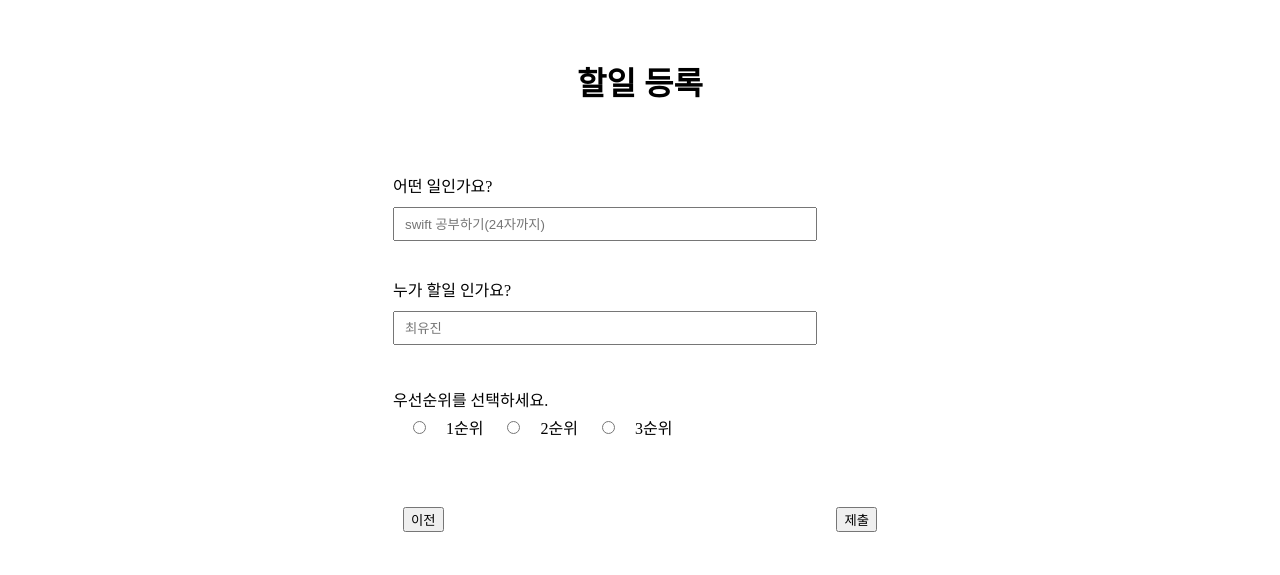
Repository: estellechoi/jsp-project-todo
Page: http://localhost/todo/jsp/form.jsp
These files come from the project's save history. The page is drawn as it stood at one moment and after a run of saves; the edit follows.
The browser window is 1280 px wide. The pictures show the whole page.
The page is served by Tomcat 9. Other server files are loaded and not shown.

Above is the page before, as saved 2019-12-08 07:16:42.

### todo/src/main/webapp/jsp/form.jsp
<%@ page language="java" contentType="text/html; charset=UTF-8"
    pageEncoding="UTF-8"%>
<!DOCTYPE html>
<html>
<head>
<meta charset="UTF-8">
<title>Insert title here</title>
<style>
	table, h1 {
		width: 500px;
		margin: auto;
	}

	h1 {
		padding-top: 50px;
		padding-bottom: 50px;
		text-align: center;
	}

	.block_input {
		height: 100px;
	}

	.label {
		height: 30px;
	}

	input[type=text] {
		width: 400px;
		height: 30px;
		margin-top: 10px;
		padding: 0px 10px;
	}

	input[type=radio] {
		margin: 10px 20px;
	}

	input[type=button] {
		float: left;
		margin-left: 10px;
	}

	input[type=submit] {
		float: right;
		margin-right: 10px;
	}

	#btn_skyblue_white {
		background: #5085EB;
		color: white;
		padding: 5px 20px;
		text-decoration: none;
		font-size: 13px;
	}
</style>
</head>
<body>
	<h1>할일 등록</h1>
	<form action="TodoAddServlet" method="post">
		<table>
			<tr>
				<td class="block_input">
					<span class="label">어떤 일인가요?</span> <br />
					<input type="text" name="title" placeholder="swift 공부하기(24자까지)" maxlength="24" />
				</td>
			</tr>
			<tr>
				<td class="block_input">
					<span class="label">누가 할일 인가요?</span> <br />
					<input type="text" name="name" placeholder="최유진" />
				</td>
			</tr>
			<tr>
				<td class="block_input">
					<span class="label">우선순위를 선택하세요.</span> <br />
					<input type="radio" name="sequence" value="1" />1순위
					<input type="radio" name="sequence" value="2" />2순위
					<input type="radio" name="sequence" value="3" />3순위
				</td>
			</tr>
			<tr>
				<td class="block_input">
					<input class="btn_skyblue_white" type="button" value="이전" onclick="historyBack()"/>
					<input class="btn_skyblue_white" type="submit" value="제출" />
				</td>
			</tr>
		</table>
	</form>
<script>
	function historyBack() {
		history.back();
	}
</script>
</body>
</html>

After the next 2 saves:
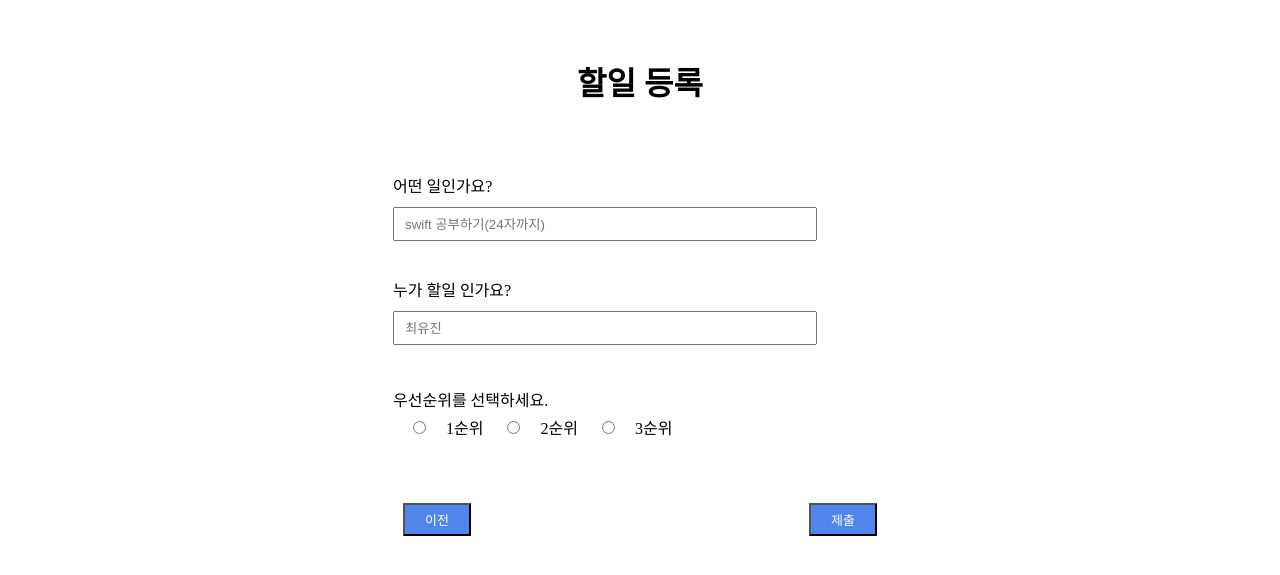
The 2 saves are shown as one change because they came seconds apart.
The last was saved 42 s later.
--- a/todo/src/main/webapp/jsp/form.jsp
+++ b/todo/src/main/webapp/jsp/form.jsp
@@ -46,13 +46,14 @@
 		margin-right: 10px;
 	}
 
-	#btn_skyblue_white {
+	.btn_skyblue_white {
 		background: #5085EB;
 		color: white;
 		padding: 5px 20px;
 		text-decoration: none;
 		font-size: 13px;
 	}
+
 </style>
 </head>
 <body>
